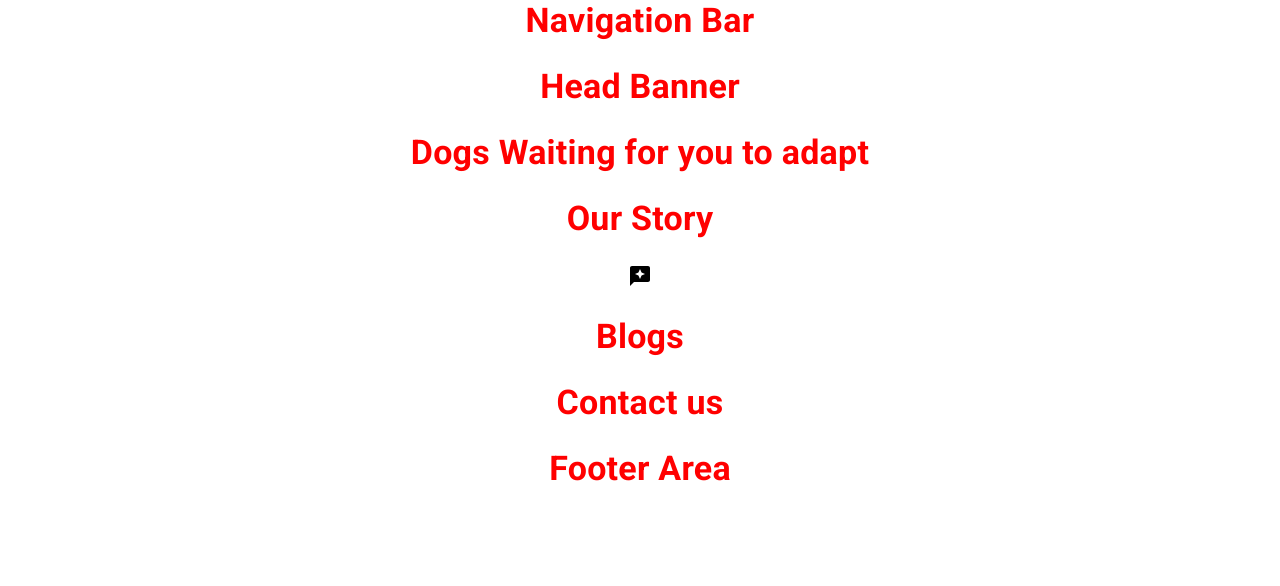
Repository: Sharif-00112/dogos-paradise-client
Page: /
These files come from the project's save history. The page is drawn as it stood at one moment and after the next save; the edit follows.
The browser window is 1280 px wide. The pictures show the whole page.
The project was rebuilt for these pictures with package versions that can differ from the ones it lists, and the page was loaded fresh each time. Also part of the build but not shown: src/Pages/Login/Login/Login.js, src/Pages/Login/Register/Register.js, src/Pages/NotFound/NotFound.js.

Above is the page before, as saved 2022-11-30 21:17:55.

### public/index.html
<!DOCTYPE html>
<html lang="en">
  <head>
    <meta charset="utf-8" />
    <link rel="icon" href="%PUBLIC_URL%/favicon.ico" />
    <meta name="viewport" content="width=device-width, initial-scale=1" />
    <meta name="theme-color" content="#000000" />
    <meta
      name="description"
      content="Web site created using create-react-app"
    />
    <link
      rel="stylesheet" href="https://fonts.googleapis.com/css?family=Roboto:300,400,500,700&display=swap"
    />

    <link rel="apple-touch-icon" href="%PUBLIC_URL%/logo192.png" />
    <!--
      manifest.json provides metadata used when your web app is installed on a
      user's mobile device or desktop. See https://developers.google.com/web/fundamentals/web-app-manifest/
    -->
    <link rel="manifest" href="%PUBLIC_URL%/manifest.json" />
    <!--
      Notice the use of %PUBLIC_URL% in the tags above.
      It will be replaced with the URL of the `public` folder during the build.
      Only files inside the `public` folder can be referenced from the HTML.

      Unlike "/favicon.ico" or "favicon.ico", "%PUBLIC_URL%/favicon.ico" will
      work correctly both with client-side routing and a non-root public URL.
      Learn how to configure a non-root public URL by running `npm run build`.
    -->
    <title>React App</title>
  </head>
  <body>
    <noscript>You need to enable JavaScript to run this app.</noscript>
    <div id="root"></div>
    <!--
      This HTML file is a template.
      If you open it directly in the browser, you will see an empty page.

      You can add webfonts, meta tags, or analytics to this file.
      The build step will place the bundled scripts into the <body> tag.

      To begin the development, run `npm start` or `yarn start`.
      To create a production bundle, use `npm run build` or `yarn build`.
    -->
  </body>
</html>

### src/App.js
import React  from 'react';
import './App.css';
import { BrowserRouter as Router, Route, Routes} from 'react-router-dom';
import Home from './Pages/Home/Home/Home';
import Login from './Pages/Login/Login/Login';
import Register from './Pages/Login/Register/Register';
import AuthProvider from './contexts/AuthProvider/AuthProvider';
// import PrivateRoute from './Pages/Login/PrivateRoute/PrivateRoute';
import NotFound from './Pages/NotFound/NotFound';
import Contact from './Pages/Home/Contact/Contact';
// import Dashboard from './Pages/Dashboard/Dashboard/Dashboard';
// import Footer from './Pages/Shared/Footer/Footer';

function App() {
  return (
    <div className="App">
      <AuthProvider>
        <Router>
          <Routes>
            <Route exact path = '/' element={<Home/>}/>
            <Route exact path = '/home' element={<Home/>}/>
            <Route exact path = '/login' element={<Login/>}/>
            <Route exact path = '/register' element={<Register/>}/>
            <Route exact path = '/contact' element={<Contact/>}/>
            {/* <Route exact path = '/appointment' element = {
              <PrivateRoute>
                <Appointment></Appointment>
              </PrivateRoute>
            }> </Route> */}
            {/* <Route path = 'dashboard/*' element = {
              <PrivateRoute>
                <Dashboard></Dashboard>
              </PrivateRoute>
            }> </Route> */}
            <Route path = '*' element={<NotFound/>}/>
          </Routes>
          {/* <Footer></Footer>  */}
        </Router>
      </AuthProvider>
    </div>
  );
}

export default App;

### src/Pages/Home/Home/Home.js
import { Reviews } from '@mui/icons-material';
import React from 'react';
import Footer from '../../Shared/Footer/Footer';
import Navigation from '../../Shared/Navigation/Navigation';
import Banner from '../Banner/Banner';
import Blogs from '../Blogs/Blogs';
import Contact from '../Contact/Contact';
import Products from '../Products/Products';
import Story from '../Story/Story';

const Home = () => {
    return (
        <div>
            <Navigation></Navigation>
            <Banner></Banner>
            <Products></Products>
            <Story></Story>
            <Reviews></Reviews>
            <Blogs></Blogs>
            <Contact></Contact>
            <Footer></Footer>
        </div>
    );
};

export default Home;

### src/contexts/AuthProvider/AuthProvider.js
import React from 'react';
import { createContext } from 'react';
import useFirebase from '../../hooks/useFirebase';

//step-1-context
export const AuthContext = createContext();

const AuthProvider = (props) => {
    //step-3-context
    const {children} = props;

    //step-5-context
    const allContexts = useFirebase();

    return (
        //step-2-context
        <AuthContext.Provider value={allContexts}>
            {children}
        </AuthContext.Provider>
    );
};

export default AuthProvider;

### src/Pages/Home/Contact/Contact.js
import React from 'react';
import { Typography } from '@mui/material';

const Contact = () => {
    return (
        <div>
            <Typography sx={{ m: 3, color: 'red', fontWeight: 600 }} variant="h4" component="div">
                Contact us
            </Typography>
        </div>
    );
};

export default Contact;

### src/Pages/Shared/Footer/Footer.js
import React from 'react';
import { Typography } from '@mui/material';


const Footer = () => {
    return (
        <div>
            <Typography sx={{ m: 3, color: 'red', fontWeight: 600 }} variant="h4" component="div">
                Footer Area
            </Typography>
        </div>
    );
};

export default Footer;

### src/Pages/Shared/Navigation/Navigation.js
import React from 'react';
import { Typography } from '@mui/material';

const Navigation = () => {
    return (
        <div>
            <Typography sx={{ mx: 3, color: 'red', fontWeight: 600 }} variant="h4" component="div">
                Navigation Bar
            </Typography>
        </div>
    );
};

export default Navigation;

### src/Pages/Home/Banner/Banner.js
import React from 'react';
import { Typography } from '@mui/material';

const Banner = () => {
    return (
        <div>
            <Typography sx={{ m: 3, color: 'red', fontWeight: 600 }} variant="h4" component="div">
                Head Banner
            </Typography>
        </div>
    );
};

export default Banner;

### src/Pages/Home/Blogs/Blogs.js
import React from 'react';
import { Typography } from '@mui/material';


const Blogs = () => {
    return (
        <div>
            <Typography sx={{ m: 3, color: 'red', fontWeight: 600 }} variant="h4" component="div">
                Blogs
            </Typography>
        </div>
    );
};

export default Blogs;

### src/Pages/Home/Products/Products.js
import React from 'react';
import { Typography } from '@mui/material';

const Products = () => {
    return (
        <div>
            <Typography sx={{ m: 3, color: 'red', fontWeight: 600 }} variant="h4" component="div">
                Dogs Waiting for you to adapt
            </Typography>
        </div>
    );
};

export default Products;

### src/Pages/Home/Story/Story.js
import React from 'react';
import { Typography } from '@mui/material';


const Story = () => {
    return (
        <div>
            <Typography sx={{ m: 3, color: 'red', fontWeight: 600 }} variant="h4" component="div">
                Our Story
            </Typography>
        </div>
    );
};

export default Story;

### src/hooks/useFirebase.js
import { useState } from "react";
import initializeAuthentication from "../Pages/Login/Firebase/firebase.initialize";
import { getAuth, signInWithPopup, GoogleAuthProvider, onAuthStateChanged, signOut, FacebookAuthProvider, createUserWithEmailAndPassword, signInWithEmailAndPassword, sendPasswordResetEmail, updatePassword, sendEmailVerification, updateProfile, getIdToken } from "firebase/auth";
import { useEffect } from "react";

initializeAuthentication();

const useFirebase = () =>{
    const [user, setUser] = useState({});
    const [error, setError] = useState('');
    const [name, setName] = useState('');
    const [email, setEmail] = useState('');
    const [password, setPassword] = useState('');
    const [isLoading, setIsLoading] = useState(true);
    const [admin, setAdmin] = useState(false);
    const [token, setToken] = useState('');

    const googleProvider = new GoogleAuthProvider();
    // const gitProvider = new GithubAuthProvider();
    const facebookProvider = new FacebookAuthProvider();
    const auth = getAuth();

    const signInUsingGoogle = () =>{
      setIsLoading(true);
      signInWithPopup(auth, googleProvider)
      .then((result) => {
          // This gives you a Google Access Token. You can use it to access the Google API.
          // const credential = GoogleAuthProvider.credentialFromResult(result);
          // const token = credential.accessToken;
          // The signed-in user info.
          setUser(result.user);
          // save user to the database
          saveUserToDB(result.user.email, result.user.displayName, 'PUT');
      }).catch((error) => {
          // Handle Errors here.
          setError(error.code);
          setError(error.message);
          // The email of the user's account used.
          setError(error.customData.email);
          // The AuthCredential type that was used.
          setError(GoogleAuthProvider.credentialFromError(error));
      }).finally(() =>{
        setIsLoading(false);
      });
    };

    const signInUsingFacebook = () =>{
      setIsLoading(true);
      signInWithPopup(auth, facebookProvider)
      .then((result) => {
        // The signed-in user info.
        setUser(result.user);
        // save user to the database
        saveUserToDB(result.user.email, result.user.displayName, 'PUT');

        // This gives you a Facebook Access Token. You can use it to access the Facebook API.
        // const credential = FacebookAuthProvider.credentialFromResult(result);
        // const accessToken = credential.accessToken;
      })
      .catch((error) => {
        // Handle Errors here.
        setError(error.code);
        setError(error.message);
        // The email of the user's account used.
        setError(error.customData.email);
        // The AuthCredential type that was used.
        setError(FacebookAuthProvider.credentialFromError(error));
      }).finally(() =>{
        setIsLoading(false);
      });
    };

    const customLogin = (email, password) =>{
      setIsLoading(true);
      signInWithEmailAndPassword(auth, email, password)
      .then((userCredential) => {
        // Signed in
        setUser(userCredential.user);
        setError('');
      })
      .catch((error) => {
        setError(error.code);
        setError(error.message);
      })
      .finally(() => setIsLoading(false));
    };

    const customRegister = (email, password) =>{
      setIsLoading(true);
      createUserWithEmailAndPassword(auth, email, password)
      .then((userCredential) => {
        // Signed in
        // const user = userCredential.user;
        // console.log(user);
        setUser(userCredential.user);
        // save user to the database
        saveUserToDB(userCredential.user.email, userCredential.user.displayName, 'POST')
        // clear error message
        setError('');
      })
      .catch((error) => {
        setError(error.code);
        setError(error.message);
      })
      .finally(() => setIsLoading(false));
    };

    const handleLoginSubmitBtn = e =>{
      e.preventDefault();
      // console.log(email, password);
      customLogin(email, password);
    }

    const handleRegisterSubmitBtn = e =>{
      e.preventDefault();
      // console.log(email, password);

      if(!/.{8,}/.test(password)){
        setError('Ensure password is of minimum length 8');
        return;
      }
      if(!/(?=.*[A-Z])/.test(password)){
        setError('Ensure password has minimum one uppercase letters');
        return;
      }
      if(!/(?=.*[!@#$%^&*()\-__+.])/.test(password)){
        setError('Ensure password has minimum one special case letter');
        return;
      }
      if(!/(?=.*[0-9])/.test(password)){
        setError('Ensure password has minimum one digits');
        return;
      }
      if(!/(?=.*[a-z])/.test(password)){
        setError('Ensure password has minimum one lowercase letters');
        return;
      }
      customRegister(email, password);
    }

    const handleNameChange = e =>{
      setName(e.target.value);
    }

    const handleEmailChange = e =>{
      setEmail(e.target.value);
    }

    const handlePasswordChange = e =>{
      setPassword(e.target.value);
    }

    const handleForgotPassword = () =>{
      sendPasswordResetEmail(auth, email)
      .then(() => {
        // Password reset email sent!
      })
      .catch((error) => {
        setError(error.code);
        setError(error.message);
      });
    }

    const handleChangePassword = () =>{
      const user = auth.currentUser;
      const newPassword = password;
      updatePassword(user, newPassword).then(() => {
        // Update successful.
      }).catch((error) => {
        setError(error.code);
        setError(error.message);
      });
    }

    const setUserName = () =>{
      updateProfile(auth.currentUser, {
        displayName: name
      }).then(() => {
        // Profile updated!
      }).catch((error) => {
        setError(error.code);
        setError(error.message);
      });
    }

    const verifyEmail = () =>{
      sendEmailVerification(auth.currentUser)
      .then(() => {
        // Email verification sent!
      }).catch((error) => {
        setError(error.code);
        setError(error.message);
      });
    }

    //observe user login change
    useEffect(()=>{
        const unsubscribe = onAuthStateChanged(auth, (user) => {
            if (user) {
              // User is signed in
              setUser(user);

              //JWT
              getIdToken(user)
              // .then(idToken => console.log(idToken))
              // .then(idToken => localStorage.setItem('idToken', idToken))
              .then(idToken => setToken(idToken))

            } else {
              // User is signed out
              setUser({});
            }
            setIsLoading(false);
          });
          return () => unsubscribe;
    },[auth]);

    // check Admin
    // useEffect( () =>{
    //   fetch(`http://localhost:3005/users/${user.email}`)
    //   .then(res => res.json())
    //   .then(data => setAdmin(data.admin))
    // } ,[user.email])

    const logout = () =>{
      setIsLoading(true);
      signOut(auth)
      .then(() => {
          // Sign-out successful.
          setUser({});
        }).catch((error) => {
          setError(error);
        }).finally(()=>{
          setIsLoading(false);
        });
    }

    const saveUserToDB = (email, displayName, method) =>{
      const user = {email, displayName};
      fetch('http://localhost:3005/users', {
          method: method,
          headers: {
              'content-type' : 'application/json'
          },
          body: JSON.stringify(user)
      })
      .then()
    }

    return {
      signInUsingGoogle,
      signInUsingFacebook,
      customLogin,
      customRegister,
      handleLoginSubmitBtn,
      handleRegisterSubmitBtn,
      handleNameChange,
      handleEmailChange,
      handlePasswordChange,
      handleForgotPassword,
      handleChangePassword,
      verifyEmail,
      setUserName,
      logout,
      user,
      admin,
      error,
      isLoading,
      token
    };
}

export default useFirebase;

### src/Pages/Login/Firebase/firebase.initialize.js
import { initializeApp } from "firebase/app";
import firebaseConfig from "./firebase.config";

const initializeAuthentication = () =>{
    initializeApp(firebaseConfig);
}

export default initializeAuthentication;

### src/Pages/Login/Firebase/firebase.config.js
// console.log(process.env);

const firebaseConfig = {
  apiKey: process.env.REACT_APP_FIREBASE_API_KEY,
  authDomain: process.env.REACT_APP_FIREBASE_AUTH_DOMAIN,
  projectId: process.env.REACT_APP_FIREBASE_PROJECT_ID,
  storageBucket: process.env.REACT_APP_FIREBASE_STORAGE_BUCKET,
  messagingSenderId: process.env.REACT_APP_FIREBASE_MESSAGING_SENDER_ID,
  appId: process.env.REACT_APP_FIREBASE_APP_ID,
  measurementId: process.env.REACT_APP_FIREBASE_MEASUREMENT_ID
};

export default firebaseConfig;

// .env.local
// REACT_APP_FIREBASE_API_KEY=AIzaSyCGaQ8G2l5KeOKX4bAJ7MC19oWW_2vnTNQ
// REACT_APP_FIREBASE_AUTH_DOMAIN=dogos-paradise.firebaseapp.com
// REACT_APP_FIREBASE_PROJECT_ID=dogos-paradise
// REACT_APP_FIREBASE_STORAGE_BUCKET=dogos-paradise.appspot.com
// REACT_APP_FIREBASE_MESSAGING_SENDER_ID=824394057307
// REACT_APP_FIREBASE_APP_ID=1:824394057307:web:727ac0c86627b9544a617e
// REACT_APP_FIREBASE_MEASUREMENT_ID=G-DL8JJ6MYSD

// const firebaseConfig = {
  // apiKey: "AIzaSyCGaQ8G2l5KeOKX4bAJ7MC19oWW_2vnTNQ",
  // authDomain: "dogos-paradise.firebaseapp.com",
  // projectId: "dogos-paradise",
  // storageBucket: "dogos-paradise.appspot.com",
  // messagingSenderId: "824394057307",
  // appId: "1:824394057307:web:727ac0c86627b9544a617e",
  // measurementId: "G-DL8JJ6MYSD"
// };

Loaded but not shown: src/index.js (common file); src/index.css (common file); src/reportWebVitals.js (common file); src/App.css (common file)

After the next save:
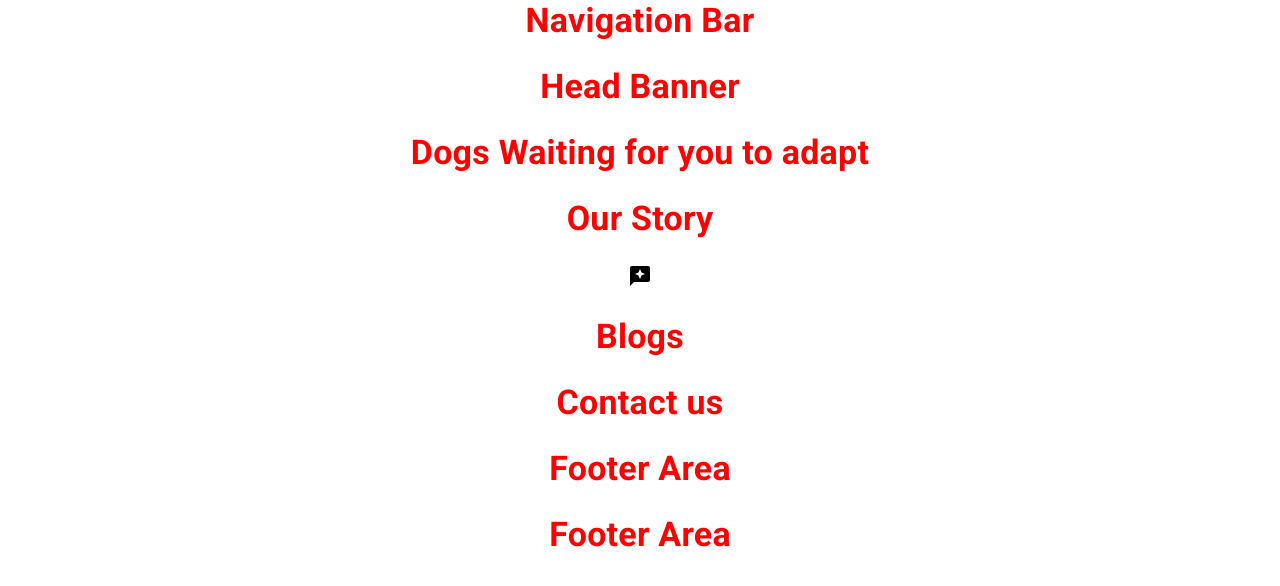
Saved 31 s later.
--- a/src/App.js
+++ b/src/App.js
@@ -8,8 +8,8 @@ import AuthProvider from './contexts/AuthProvider/AuthProvider';
 // import PrivateRoute from './Pages/Login/PrivateRoute/PrivateRoute';
 import NotFound from './Pages/NotFound/NotFound';
 import Contact from './Pages/Home/Contact/Contact';
+import Footer from './Pages/Shared/Footer/Footer';
 // import Dashboard from './Pages/Dashboard/Dashboard/Dashboard';
-// import Footer from './Pages/Shared/Footer/Footer';
 
 function App() {
   return (
@@ -34,7 +34,7 @@ function App() {
             }> </Route> */}
             <Route path = '*' element={<NotFound/>}/>
           </Routes>
-          {/* <Footer></Footer>  */}
+          <Footer></Footer>
         </Router>
       </AuthProvider>
     </div>
